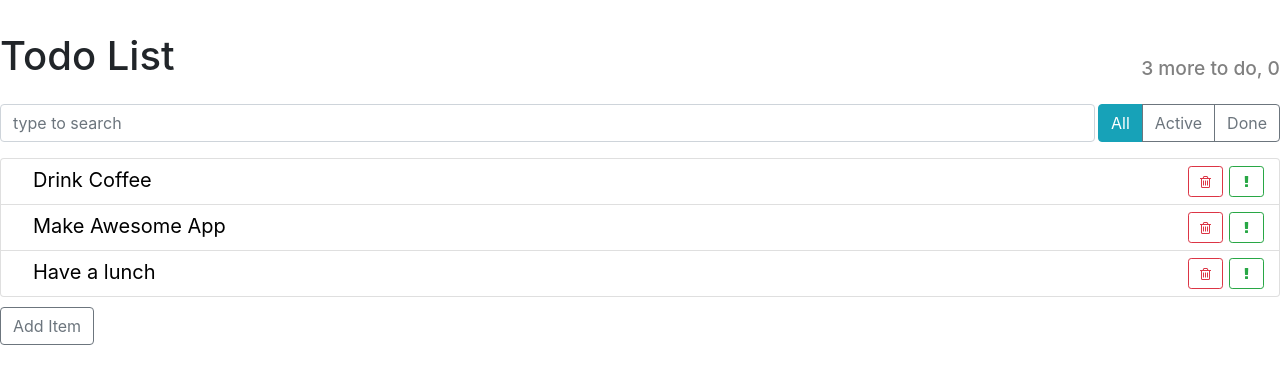
Repository: max535/react-todo-list
Page: /
The author's editor kept a copy of each file at every save. The page is drawn from the files as they stood at one save, then again after a run of saves.
The browser window is 1280 px wide. The pictures show the whole page.
The project was rebuilt for these pictures with package versions that can differ from the ones it lists, and the page was loaded fresh each time.

Above is the page before, as saved 2022-01-17 00:46:06.

After the next 4 saves:
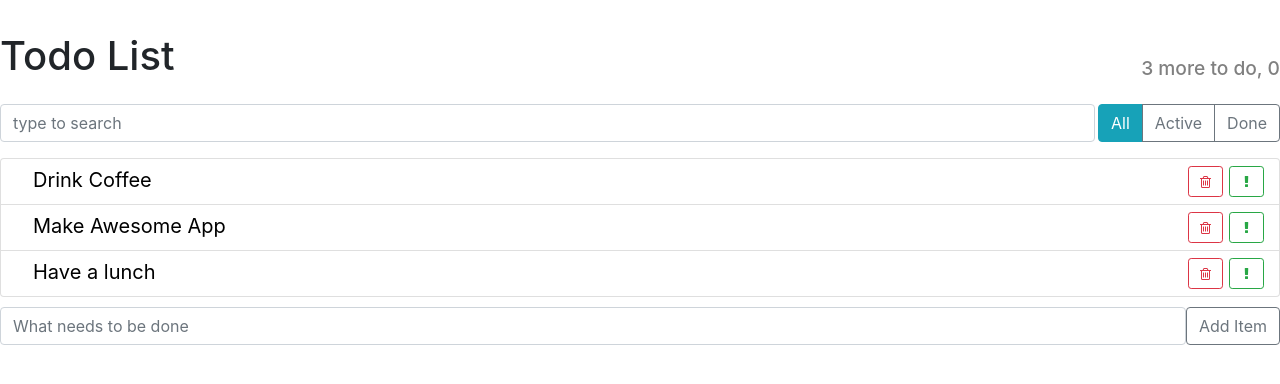
The 4 saves are shown as one change because 3 did not build or start.
The last was saved 26 min 24 s later.
--- a/src/components/ItemAddForm/index.jsx
+++ b/src/components/ItemAddForm/index.jsx
@@ -2,15 +2,23 @@ import React from 'react';
 
 import './ItemAddForm.css';
 
-export const ItemAddForm = ({onItemAdded}) => {
-    return (
-        <div className="item-add-form">
-            <button
-                className="btn btn-outline-secondary"
-                onClick={() => onItemAdded('Hello World!')}
-            >
-                Add Item
-            </button>
-        </div>
-    );
+export class ItemAddForm extends React.Component {
+    render() {
+        return (
+            <form className="item-add-form d-flex">
+                <input
+                    type="text"
+                    className="form-control"
+                    onChange={this.onLabelChange}
+                    placeholder="What needs to be done"
+                />
+                <button
+                    className="btn btn-outline-secondary"
+                    onClick={() => this.props.onItemAdded('Hello World!')}
+                >
+                    Add Item
+                </button>
+            </form>
+        );
+    }
 };
